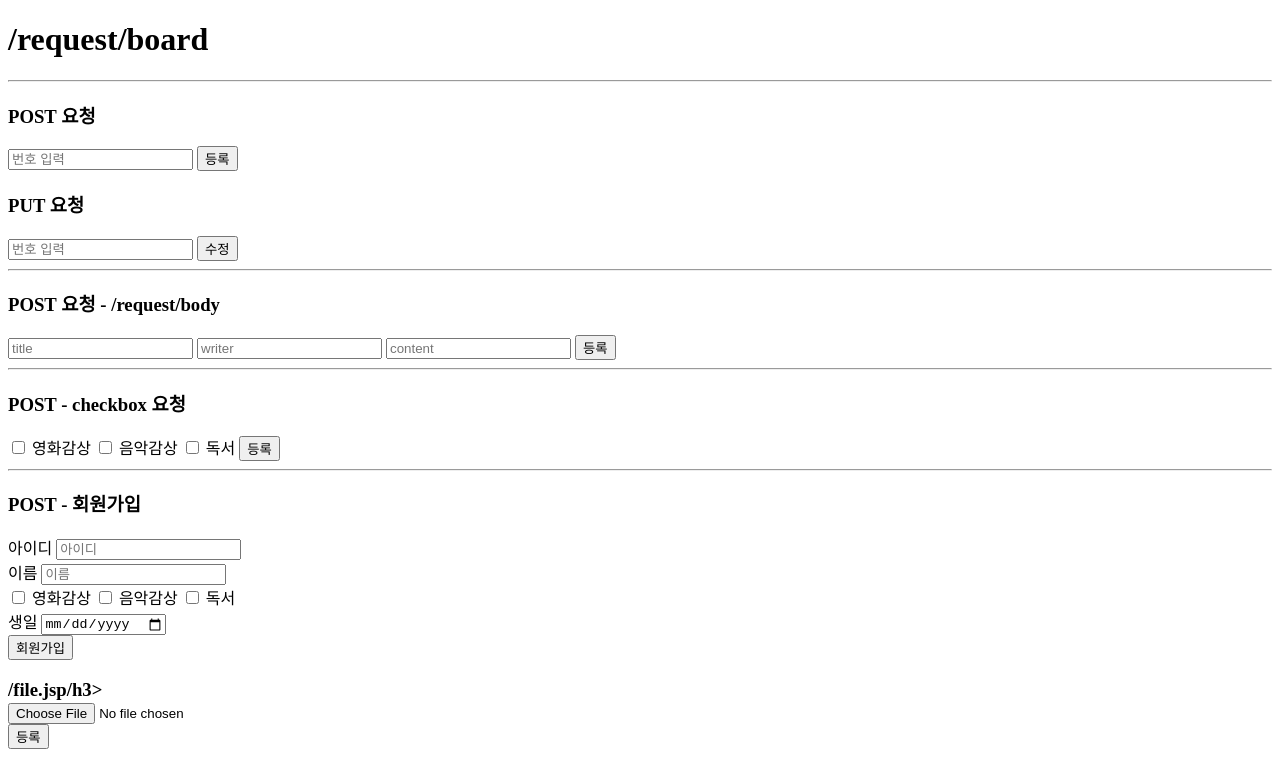
Repository: koko2807/SPRING
Page: http://localhost/spring-mvc/request/board
An editor plug-in stored every save of this project. The page is shown before and after the next save, followed by the edit.
The browser window is 1280 px wide. The pictures show the whole page.
The page is served by Tomcat 9.

Above is the page before, as saved 2024-11-07 06:55:53.

After the next save:
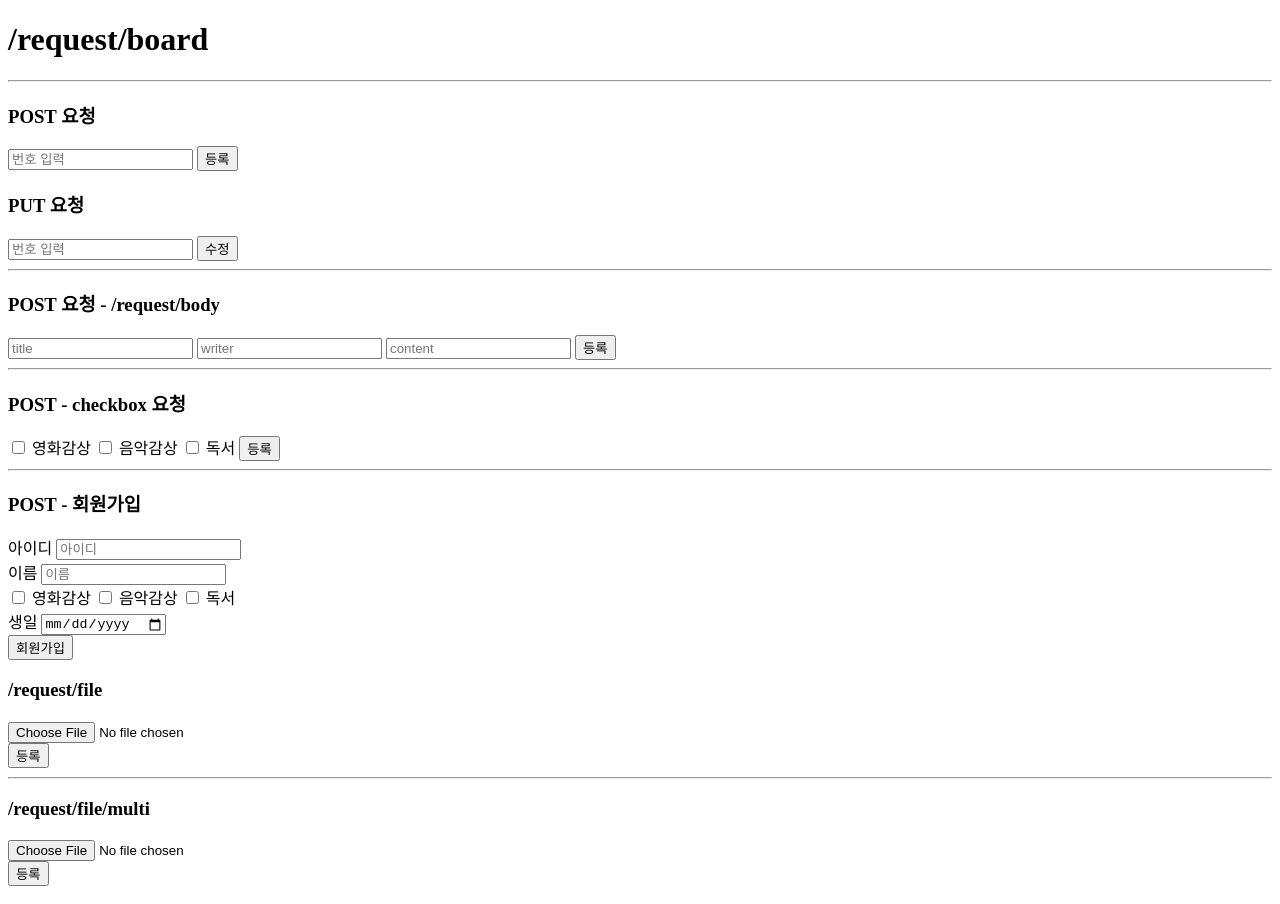
Saved 59 s later.
--- a/SPRING-STUDY/SPRING/spring-mvc/src/main/webapp/WEB-INF/views/request/board.jsp
+++ b/SPRING-STUDY/SPRING/spring-mvc/src/main/webapp/WEB-INF/views/request/board.jsp
@@ -84,7 +84,15 @@
         <input type="submit" value="회원가입">
     </form>
 
-	<h3>/file.jsp/h3>
+	<h3>/request/file<h3>
+	<form action="${ pageContext.request.contextPath }/request/file" method="POST" enctype="multipart/form-data">
+		<input type="file" name="file" /> <br>
+		<input type="submit" value="등록" />
+	</form>
+
+	<hr>
+
+	<h3>/request/file/multi<h3>
 	<form action="${ pageContext.request.contextPath }/request/file" method="POST" enctype="multipart/form-data">
 		<input type="file" name="file" /> <br>
 		<input type="submit" value="등록" />
